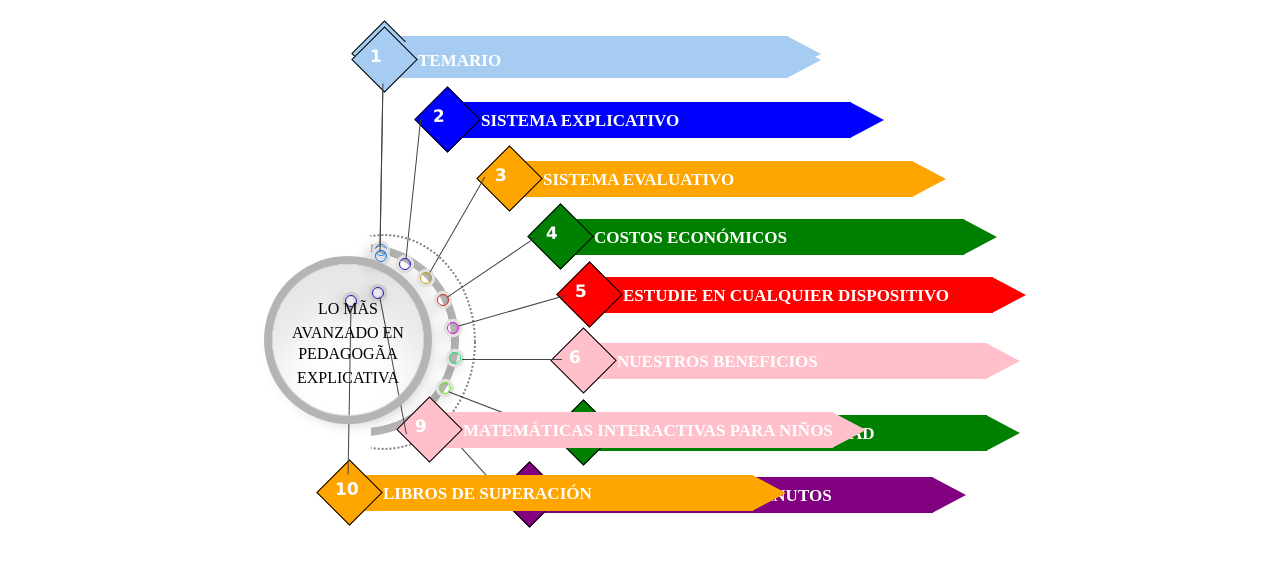
Repository: jennymoreno94/Menu
Page: index.html
The author's editor kept a copy of each file at every save. The page is drawn from the files as they stood at one save, then again after the next save.
The browser window is 1280 px wide. The pictures show the whole page.

Above is the page before, as saved 2021-08-01 23:15:17.

### index.html
<!DOCTYPE html>
<html lang=”en”>

<head>
  <link rel="stylesheet" href="estilo.css">
  <meta charset=”UTF-8″ />
  <title>Menu</title>
</head>
<body>
  <container>
    <div class="circulo-completo">
      <div class="circle-menu">
        <p>LO MÁS AVANZADO EN PEDAGOGÍA EXPLICATIVA</p>
      </div>
      <div id="circulo" class="circle-menus derecha">

        <div class="circulo-pequeno num1"><div class="linea linea1"></div><div class="boton-agrupado btn1"><span class="rombo span1" style="background: rgb(166, 205, 241);"><h3 class="text">1</h3></span><a class="button-href color1" style="background: rgb(166, 205, 241);"><h3 class="texto">TEMARIO</h3></a><span class="flecha span1" style="border-left: 34px solid rgb(166, 205, 241);"></span></div></div>


      </div>
    </div>
    <div class="circle-punto derecha"> </div>
  </container>
</body>
<script type="text/javascript" src="menu.js"></script>

</html>

### estilo.css


.circulo-completo {
    margin: 250px;
}

.circle-menu {
    position: relative;
    width: 150px;
    height: 150px;
    border: 1px solid rgb(211, 208, 208);
    border-radius: 50%;
    box-shadow: inset 0 3em 3em rgba(0, 0, 0, 0.1), 0 0 0 0.5rem rgb(182, 179, 179), 0.3em 0.3em 1em rgba(0, 0, 0, 0.3);
    float: left;
    z-index: 7;
    margin: 14px;
}

p {
    padding: 1rem;
    text-align: center;
}

.circle-menus {
    position: relative;
    background-color: gray;
    width: 180px;
    height: 180px;
    border-radius: 50% 50%;
    margin-left: -165px;
    float: left;
    z-index: 6;
}

.circle-menus::before {
    position: absolute;
    content: "";
    top: 1%;
    left: 1%;
    background-color: #fff;
    height: 98%;
    width: 98%;
    border-radius: 50% 50%;
    box-shadow: inset 0 3em 3em rgb(255, 255, 255), 0 0 0 0.5rem rgb(182, 179, 179), 0.3em 0.3em 1em rgb(255, 255, 255);
}

.circle-menus::after {
    position: absolute;
    content: "";
    height: 50%;
    background-color: rgb(255, 255, 255);
    border: 1px solid #fff;
    top: 50%;
    left: 0;
    width: 100%;
    box-shadow: inset 0 3em 3em rgb(255, 255, 255), 0 0 0 0.5rem rgb(255, 255, 255), 0.3em 0.3em 1em rgb(255, 255, 255);
}

.circle-menus.derecha {
    transform: rotate(90deg);
}

.circulo-pequeno {
    position: relative;
    width: 10px;
    height: 10px;
    border-radius: 50%;
    box-shadow: inset 0 0.1rem 0.1rem rgba(0, 0, 0, 0.1), 0 0 0 0.2rem rgb(229, 224, 224), 0.3em 0.3em 1em rgba(0, 0, 0, 0.3);
    float: left;
    z-index: 5;
}

.num1 {
    border: 1px solid rgb(10 124 241);
    margin: 66px 0px 48px -6px;
}

.num::after {
    height: 1px;
    background-color: red;
}

.num2 {
    border: 1px solid rgb(32 20 212);
    margin: 42px 0px 0px -4px;
}

.num3 {
    border: 1px solid rgb(190 169 26);
    margin: 21px 0px 0px 2px;
}

.num4 {
    border: 1px solid rgb(200 41 41);
    margin: 4px 0px 0px 10px;
}

.num5 {
    border: 1px solid rgb(222 19 235);
    margin: -6px 0px 0px 16px;
}

.num6 {
    border: 1px solid rgb(18 235 115);
    margin: -8px 0px 0px 18px;
}

.num7 {
    border: 1px solid rgb(89 249 20);
    margin: 2px 0px 0px 18px;
}

.num8 {
    border: 1px solid rgb(100 3 225);
    margin: 18px 0px 0px 11px;
}

.num9 {
    border: 1px solid rgb(32 20 212);
    margin: 39px -1px 0px 3px;
}

.num10 {
    border: 1px solid rgb(32 20 212);
    margin: 66px -14px 0px -3px;
}

.circle-punto {
    position: relative;
    width: 212px;
    height: 180px;
    border-radius: 50% 50%;
    margin-left: -177px;
    border: 2px dotted gray;
    float: left;
    z-index: 4;
}

.circle-punto::before {
    position: absolute;
    content: "";
    top: 1%;
    left: 1%;
    background-color: #fff;
    height: 98%;
    width: 98%;
    border-radius: 50% 50%;
}

.circle-punto::after {
    position: absolute;
    content: "";
    height: 50%;
    background-color: rgb(255, 255, 255);
    border: 1px dotted #fff;
    top: 57%;
    left: 0;
    width: 100%;
}

.circle-punto.derecha {
    transform: rotate(90deg);
}

.boton-agrupado {
    position: relative;
    float: left;
    z-index: 3;
}

.button-href {
    position: relative;
    width: 400px;
    height: 36px;
    background: white;
    display: inline-block;
    color: black;
    text-decoration: none;
    z-index: -1;

}

.flecha {
    position: absolute;
    content: "";
    border-left: 34px solid white;
    border-top: 18px solid transparent;
    border-bottom: 18px solid transparent;
    margin-left: -1px;
}

.texto {
    margin-left: 30px;
    margin-top: 9px;
    font-size: 17px;
    color: white;

}

.btn1 {
    transform: translateY(-268px) translateX(-391px) rotate(630deg);
}

.btn2 {
    transform: translateY(-307px) translateX(-339px) rotate(630deg);
}

.btn3 {
    transform: translateY(-348px) translateX(-294px) rotate(630deg);
}

.btn4 {
    transform: translateY(-382px) translateX(-258px) rotate(630deg);
}

.btn5 {
    transform: translateY(-401px) translateX(-228px) rotate(630deg);
}

.btn6 {
    transform: translateY(-393px) translateX(-192px) rotate(630deg);
}

.btn7 {
    transform: translateY(-403px) translateX(-150px) rotate(630deg);
}

.btn8 {
    transform: translateY(-365px) translateX(-111px) rotate(630deg);
}

.btn9 {
    transform: translateY(-316px) translateX(-58px) rotate(630deg);
}

.btn10 {
    transform: translateY(-263px) translateX(-3px) rotate(630deg);
}

.linea {
    position: relative;
    width: 112px;
    height: 47px;
    border-bottom: 1px solid rgb(68, 66, 66);
    float: left;
    z-index: 4;
}

/*.linea::after {
    position: absolute;
    content: "";
    width: 10px;
    height: 10px;
    border-radius: 50%;
    float: left;
    border: 1px solid #000;

}*/

.linea1 {
    transform: translateY(4px) translateX(-168px) rotate(181deg);
    width: 168px;
}

.linea2 {
    transform: translateY(-4px) translateX(-143px) rotate(186deg);
    width: 140px;
}

.linea3 {
    transform: translateY(-30px) translateX(-115px) rotate(210deg);
    width: 110px;
}

.linea4 {
    transform: translateY(-57px) translateX(-105px) rotate(236deg);
}

.linea5 {
    transform: translateY(-72px) translateX(-91px) rotate(254deg);
}

.linea6 {
    transform: translateY(-76px) translateX(-67px) rotate(270deg);
    width: 100px;
}

.linea7 {
    transform: translateY(-86px) translateX(-51px) rotate(291deg);
    width: 118px;
}

.linea8 {
    transform: translateY(-77px) translateX(-21px) rotate(318deg);
}

.linea9 {
    transform: translateY(-11px) translateX(12px) rotate(169deg);
    width: 140px;
}

.linea10 {
    transform: translateY(-41px) translateX(11px) rotate(361deg);
    width: 168px;
}

.text {
    border-radius: 4px;
    font-family: Verdana;
    color: white;
    position: relative;
    overflow: hidden;
    padding: 4px;
    top: 37%;
    transform: translateY(-111%) rotate( 314deg);
    font-size: 17px;
    text-transform: uppercase;
}

.rombo {
    position: absolute;
    content: "";
    width: 45px;
    height: 45px;
    background: white;
    -webkit-transform: rotate(45deg);
    -moz-transform: rotate(45deg);
    -ms-transform: rotate(45deg);
    -o-transform: rotate(45deg);
    transform: rotate(45deg);
    border: 1px solid;
    margin-left: -27px;
    margin-top: -6px;
    z-index: 1;
}

### menu.js
let circulo = document.getElementById("circulo");

function Menu() {
    for (i = 0; i < 10 ; i++ ) {
        let circuloPequeno = document.createElement("div")
        circuloPequeno.classList.add("circulo-pequeno")
        circuloPequeno.classList.add(`num${i+1}`)

        let linea = document.createElement("div")
        linea.classList.add("linea")
        linea.classList.add(`linea${i+1}`)

        let boton = document.createElement("div")
        boton.classList.add("boton-agrupado")
        boton.classList.add(`btn${i+1}`)

        let color=cambiocolor(i+1)

        let spanRombo =document.createElement("span")
        spanRombo.classList.add("rombo")
        spanRombo.classList.add(`span${i+1}`)
        spanRombo.style.setProperty(`background`, color);

        let h3Rombo =document.createElement("h3")
        h3Rombo.classList.add("text")

        let link =document.createElement("a")
        link.classList.add("button-href")
        link.classList.add(`color${i+1}`)
        link.style.setProperty(`background`, color);

        let span =document.createElement("span")
        span.classList.add("flecha")
        span.classList.add(`span${i+1}`)
        span.style.setProperty(`border-left`,`34px solid ${color}`);

        let h3 =document.createElement("h3")
        h3.classList.add("texto")
        let textoFinal = texto(i+1)

        circulo.appendChild(circuloPequeno)
        circuloPequeno.appendChild(linea)
        circuloPequeno.appendChild(boton)
        boton.appendChild(spanRombo)
        boton.appendChild(link)
        boton.appendChild(span)
        link.appendChild(h3)
        spanRombo.appendChild(h3Rombo)
        h3.append(textoFinal);
        h3Rombo.append(i+1);
    }
}


function texto(num) {
    let texto = ''
    switch (num) {
        case 1: texto='TEMARIO'
        break;
        case 2: texto='SISTEMA EXPLICATIVO'
        break;
        case 3: texto='SISTEMA EVALUATIVO'
        break;
        case 4: texto='COSTOS ECONÓMICOS'
        break;
        case 5: texto='ESTUDIE EN CUALQUIER DISPOSITIVO'
        break;
        case 6: texto='NUESTROS BENEFICIOS'
        break;
        case 7: texto='ADQUIÉRELO CON FACILIDAD'
        break;
        case 8: texto='A TU DISPOSICIÓN EN MINUTOS'
        break;
        case 9: texto='MATEMÁTICAS INTERACTIVAS PARA NIÑOS'
        break;
        case 10: texto='LIBROS DE SUPERACIÓN'
        break;
    }
    return texto
}

function cambiocolor(num) {
    let color = ''
    switch (num) {
        case 1: color='rgb(166, 205, 241)'
        break;
        case 2: color='blue'
        break;
        case 3: color='orange'
        break;
        case 4: color='green'
        break;
        case 5: color='red'
        break;
        case 6: color='pink'
        break;
        case 7: color='green'
        break;
        case 8: color='purple'
        break;
        case 9: color='pink'
        break;
        case 10: color='orange'
        break;
    }
    return color
}




document.onload = Menu()

After the next save:
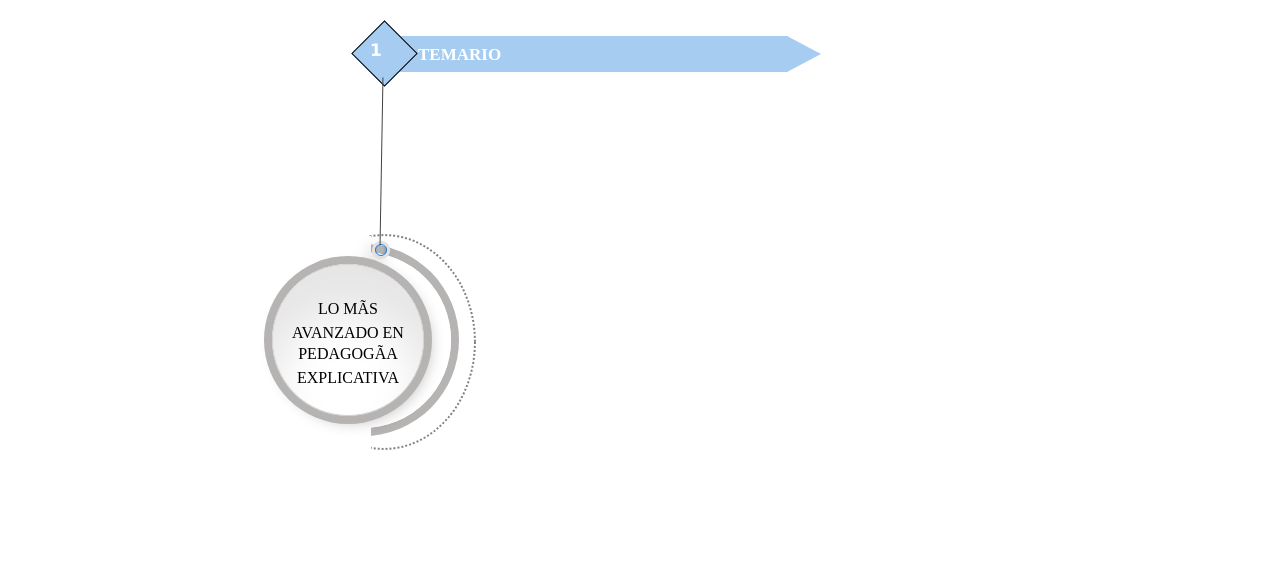
Saved 6 s later.
--- a/menu.js
+++ b/menu.js
@@ -109,4 +109,4 @@ function cambiocolor(num) {
 
 
 
-document.onload = Menu()
+//document.onload = Menu()
